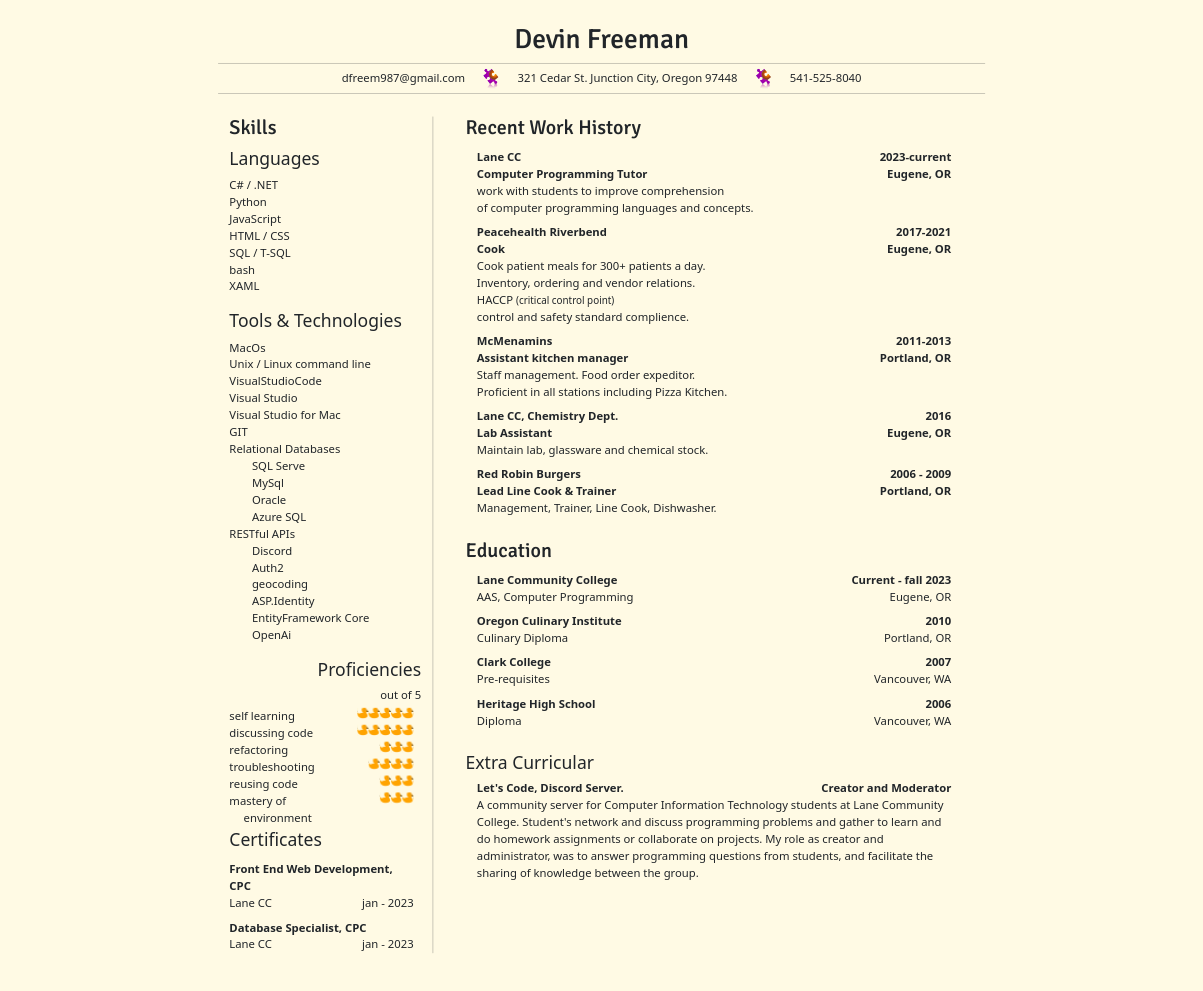
Repository: Dfreem/Resume
Page: index.html
The author's editor kept a copy of each file at every save. The page is drawn from the files as they stood at one save, then again after the next save.
The browser window is 1280 px wide. The pictures show the whole page, at 94% of full size.

Above is the page before, as saved 2023-02-12 20:51:03.

After the next save:
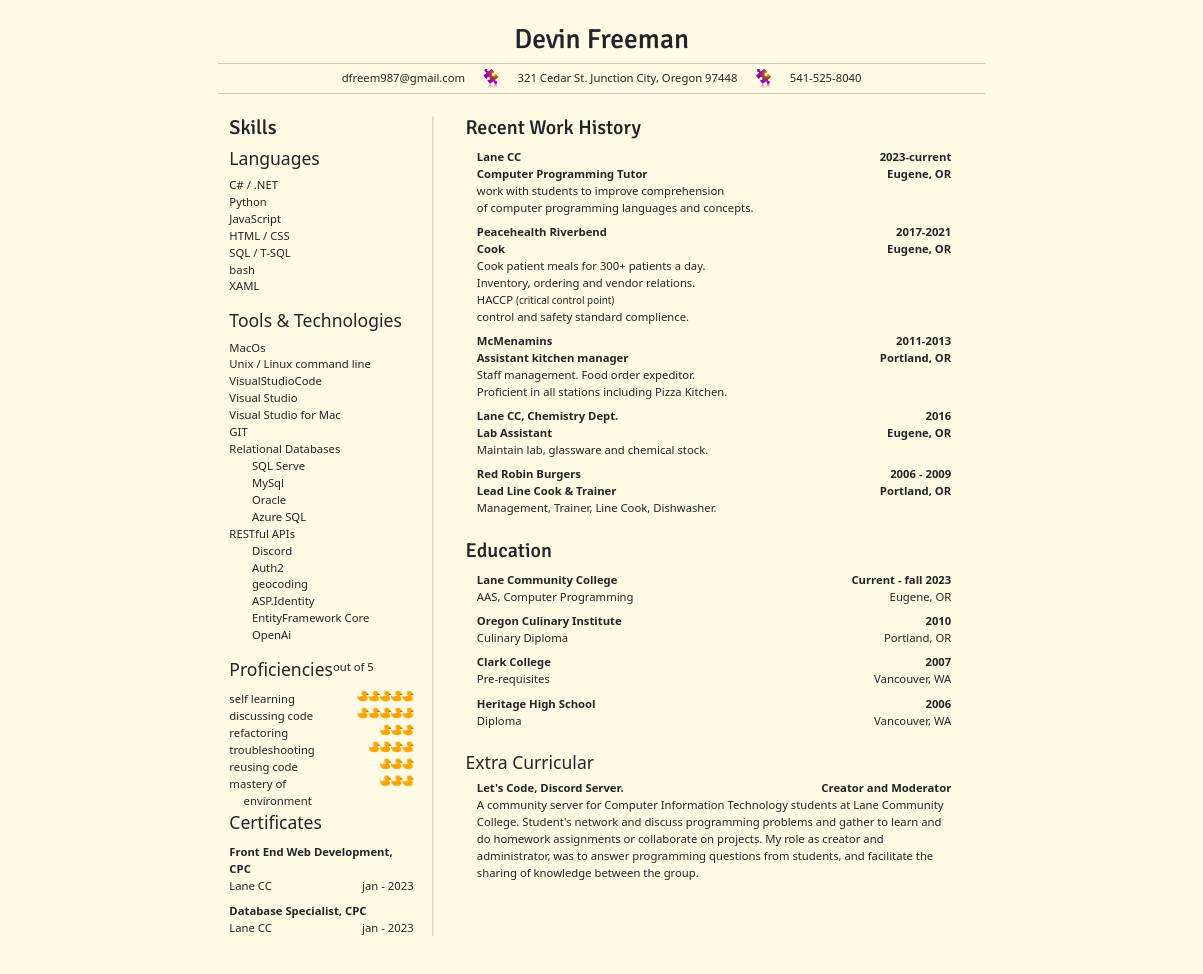
Saved 15 s later.
--- a/index.html
+++ b/index.html
@@ -101,7 +101,7 @@
 
             <!-- ========= Soft Skills ========= -->
 
-            <span class="push-right">
+            <span class="d-flex">
                 <h3>Proficiencies</h3>
 
                 out of 5
